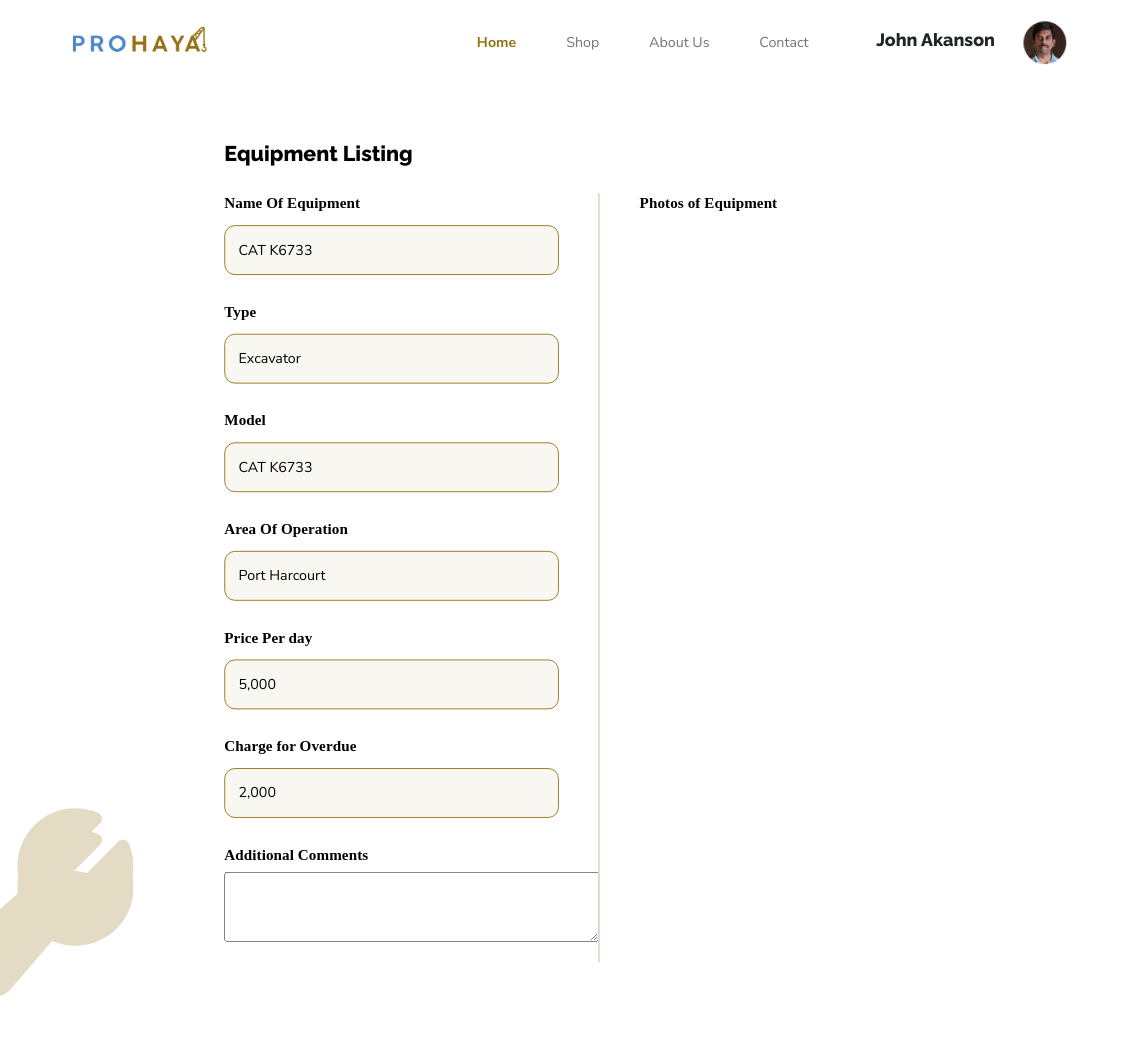
Repository: stormcelltech/Prohaya-UI
Page: Prohaya-UI/equipment_listing.html
These files come from the project's save history. The page is drawn as it stood at one moment and after the next save; the edit follows.
The browser window is 1280 px wide. The pictures show the whole page, at 89% of full size.
Some web libraries are served in a nearby version.

Above is the page before, as saved 2022-04-14 03:34:44.
Console error: TypeError: $(...).owlCarousel is not a function

After the next save:
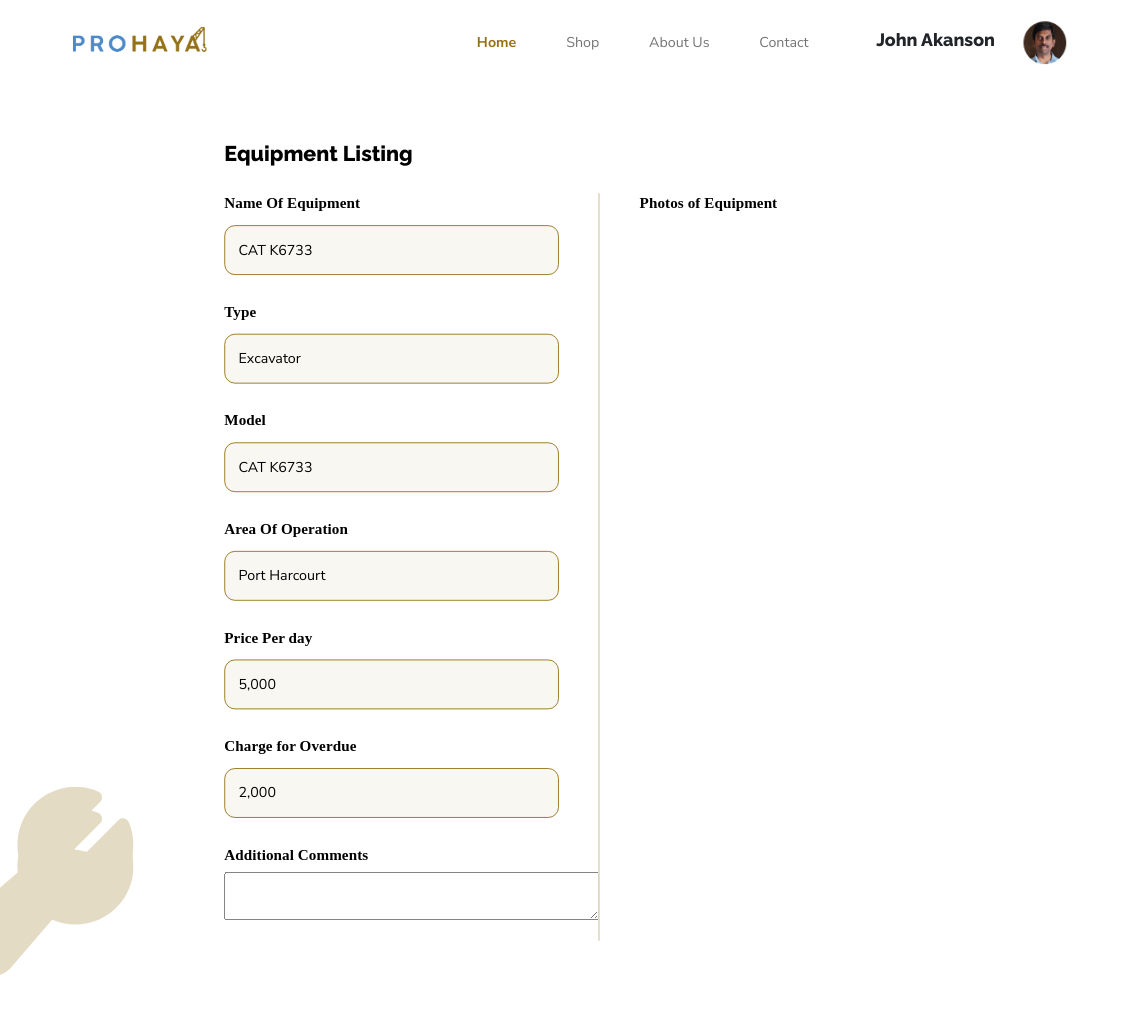
Saved 9 min 32 s later.
--- a/Prohaya-UI/equipment_listing.html
+++ b/Prohaya-UI/equipment_listing.html
@@ -90,7 +90,7 @@
                             </div>
                             <div class="mb-3">
                                 <label for="exampleFormControlInput1" class="form-label custom-labels">Additional Comments</label>
-                                <textarea name="" id="" cols="43" rows="3"></textarea>
+                                <textarea name="" id="" cols="43" rows="2"></textarea>
                                 <!-- <input type="text" class="form-control custom-input" id="exampleFormControlInput1" placeholder="CAT K6733"> -->
                             </div>
 
